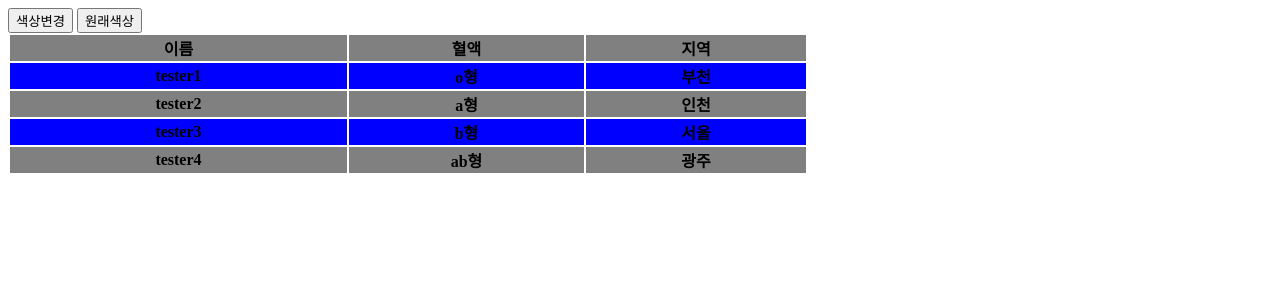
Repository: KYJIN1024/kic_jquery
Page: http://localhost/JQueryEx01/jquery11.jsp
The author's editor kept a copy of each file at every save. The page is drawn from the files as they stood at one save, then again after the next save.
The browser window is 1280 px wide. The pictures show the whole page.
After loading, the first visible `#btn1` was clicked once.
The page is served by Tomcat 9.

Above is the page before, as saved 2023-05-15 06:51:46.

After the next save:
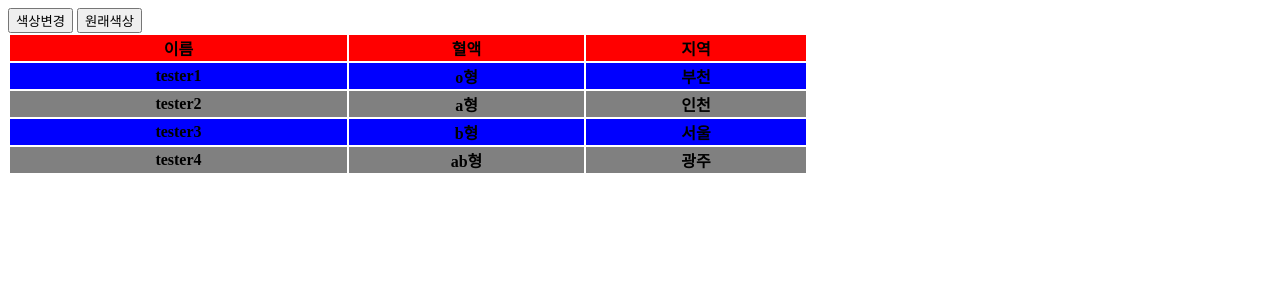
Saved 90 s later.
--- a/JQueryEx01/src/main/webapp/jquery11.jsp
+++ b/JQueryEx01/src/main/webapp/jquery11.jsp
@@ -18,6 +18,8 @@
 		document.getElementById('btn1').onclick = function() {
 			$( 'tr:odd' ).css('background-color', 'blue' );
 			$( 'tr:even' ).css('background-color', 'gray' );
+
+			$( 'tr:first' ).css('background-color', 'red' );
 		};
 
 		document.getElementById('btn2').onclick = function() {
